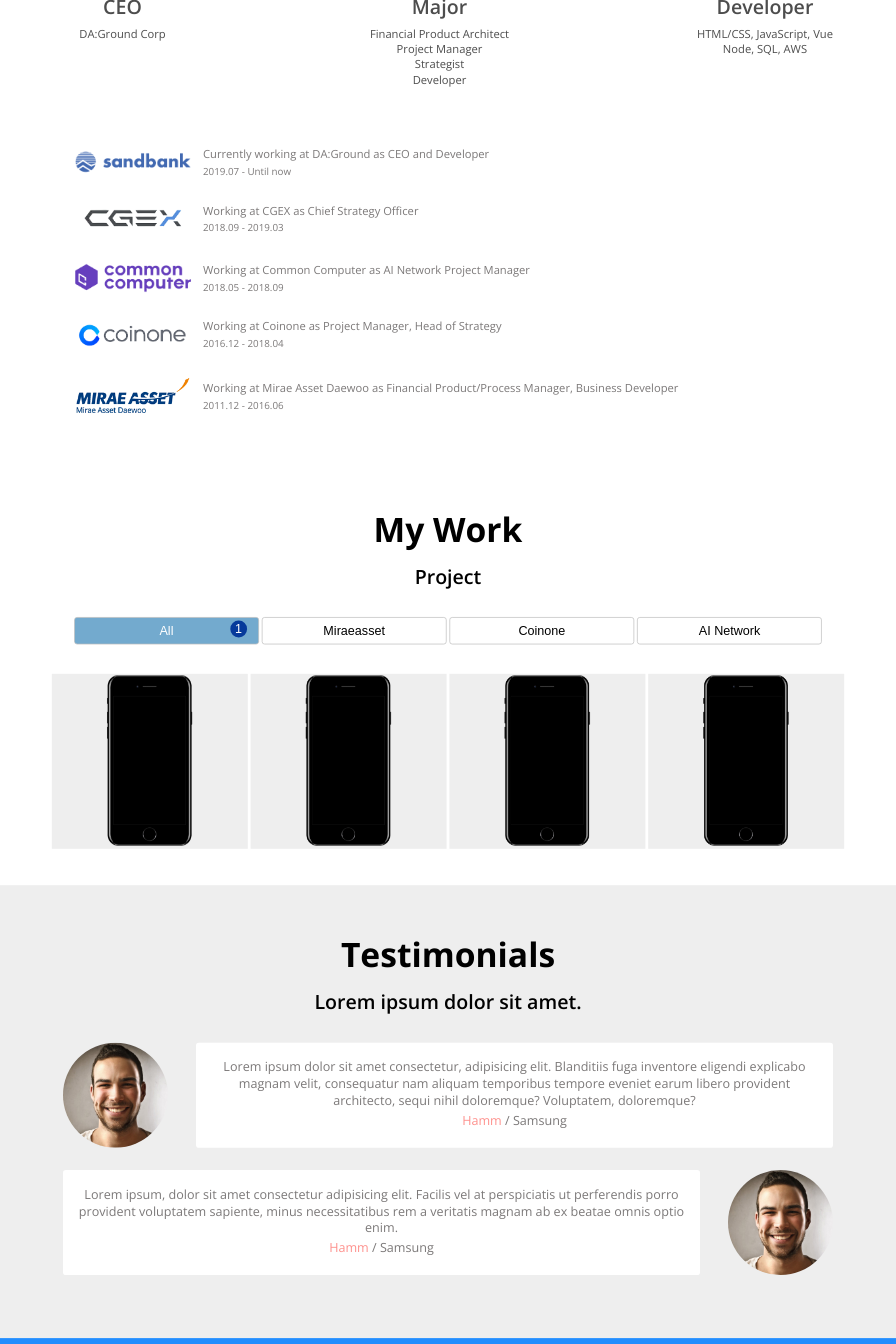
Repository: hammlee/portfolio
Page: index.html
An editor plug-in stored every save of this project. The page is shown before and after the next save, followed by the edit.
The browser window is 1280 px wide. The pictures show the part of the page from y = 1211 to 3131 px (the page is 3531 px tall), at 70% of full size.
Some web libraries are served in a nearby version.

Above is the page before, as saved 2021-04-21 18:46:50.

After the next save:
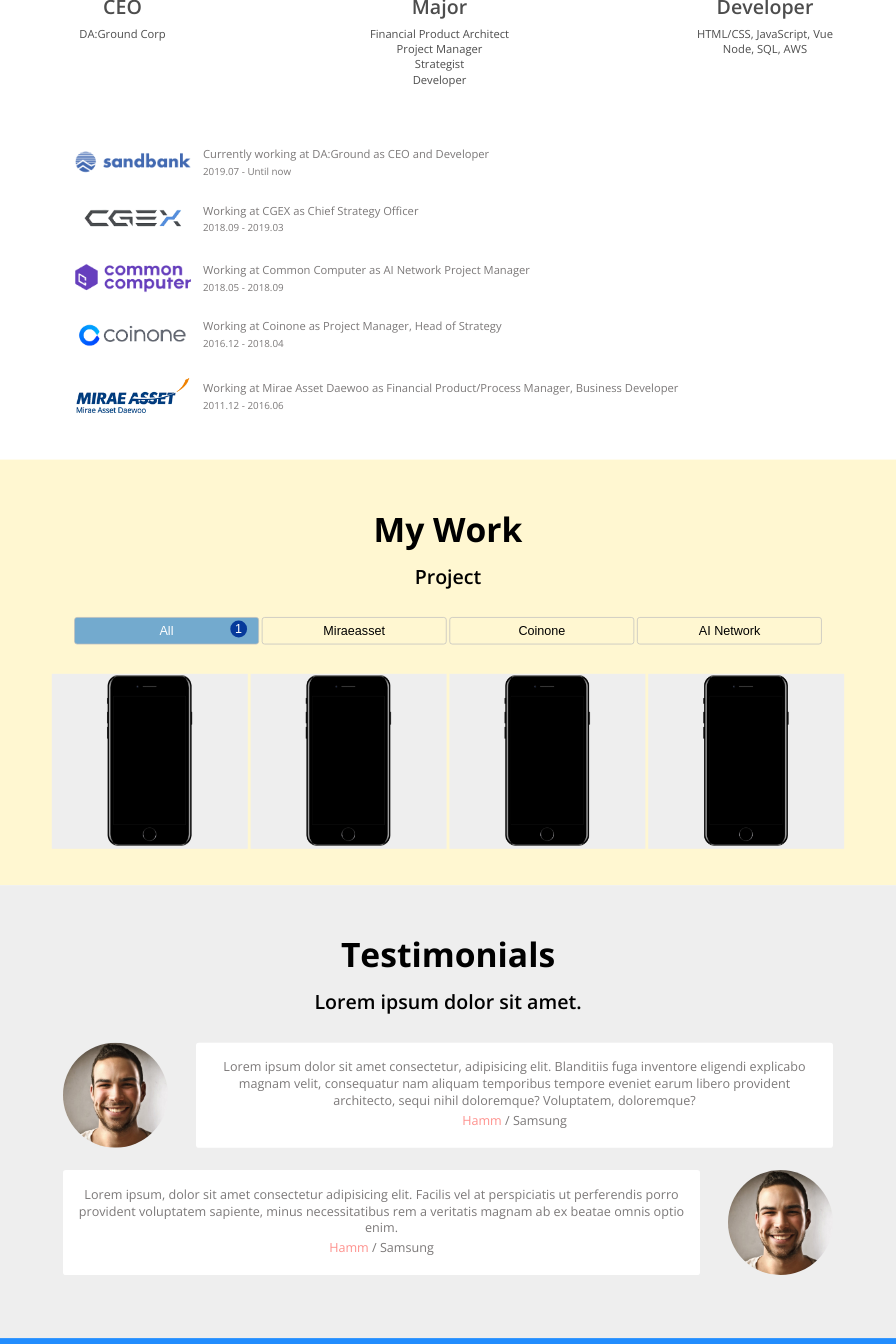
Saved 37 s later.
--- a/style.css
+++ b/style.css
@@ -277,6 +277,9 @@
 }
 
 /* Work */
+#work {
+  background-color: var(--color-yellow);
+}
 .work__categories {
   margin: 40px;
 }
